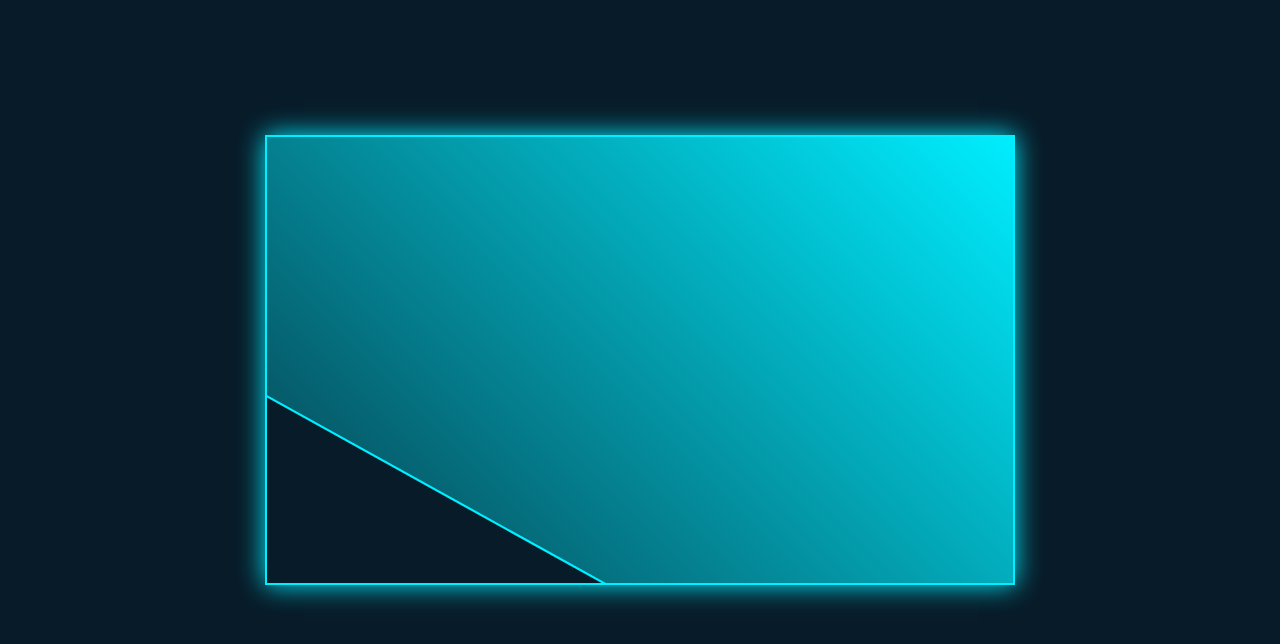
Repository: swastikjhacoder/Login-Registration-HTML
Page: index.html
The author's editor kept a copy of each file at every save. The page is drawn from the files as they stood at one save, then again after the next save.
The browser window is 1280 px wide. The pictures show the whole page.

Above is the page before, as saved 2023-09-18 15:54:14.
Not found: js/toastify.js

### index.html
<!DOCTYPE html>
<html lang="en">
  <head>
    <meta charset="UTF-8" />
    <meta http-equiv="X-UA-Compatible" content="IE=edge" />
    <meta name="viewport" content="width=device-width, initial-scale=1.0" />
    <title>Login</title>
    <link rel="shortcut icon" href="./images/favicon.png" />
    <link rel="stylesheet" href="style.css" />
    <link href='https://unpkg.com/boxicons@2.1.4/css/boxicons.min.css' rel='stylesheet'>
    <script src="./js/toastify.js"></script>
  </head>
  <body>
    <div class="wrapper">
        <span class="bg-animate1"></span>
        <span class="bg-animate2"></span>
        <div class="form-box login">
            <h2>Login</h2>
            <form action="#">
                <div class="input-box">
                    <input type="text" required/>
                    <label>Username</label>
                    <i class='bx bxs-user'></i>
                </div>
                <div class="input-box">
                    <input type="password" required/>
                    <label>Password</label>
                    <i class='bx bxs-lock-alt' ></i>
                </div>
                <button type="submit" class="btn">Login</button>
                <div class="logreg-link">
                    <p>Don't have an account? <a href="#" class="register-link">Sign Up</a></p>
                </div>
            </form>
        </div>
        <div class="info-text login">
            <h2>Welcome Back!</h2>
            <p>Lorem ipsum dolor sit amet consectetur adipisicing elit. Veritatis, itaque.</p>
        </div>
    </div>

  </body>
</html>

### style.css
@import url('https://fonts.googleapis.com/css2?family=Poppins:ital,wght@0,100;0,200;0,300;0,400;0,500;0,600;0,700;0,800;0,900;1,400&display=swap');

* {
    margin: 0;
    padding: 0;
    box-sizing: border-box;
    font-family: 'Poppins', sans-serif;
}

body {
    display: flex;
    justify-content: center;
    align-items: center;
    min-height: 100vh;
    background: #081b29;
}

.wrapper {
    position: relative;
    width: 750px;
    height: 450px;
    background: transparent;
    border: 2px solid #0ef;
    box-shadow: 0 0 25px #0ef;
    overflow: hidden;
}

.wrapper .form-box {
    position: absolute;
    top: 0;
    width: 50%;
    height: 100%;
    display: flex;
    flex-direction: column;
    justify-content: center;
}

.wrapper .form-box.login {
    left: 0;
    padding: 0 60px 0 40px;
    display: none;
}

.form-box h2 {
    font-size: 32px;
    color: #fff;
    text-align: center;
}

.form-box .input-box {
    position: relative;
    width: 100%;
    height: 50px;
    margin: 25px 0;
}

.input-box input {
    width: 100%;
    height: 100%;
    background: transparent;
    border: none;
    outline: none;
    border-bottom: 2px solid #fff;
    padding-right: 23px;
    font-size: 16px;
    color: #fff;
    font-weight: 500;
    transition: .5s;
}

.input-box input:focus,
.input-box input:valid {
    border-bottom-color: #0ef;
}

.input-box label {
    position: absolute;
    top: 50%;
    left: 0;
    transform: translateY(-50%);
    font-size: 16px;
    color: #fff;
    pointer-events: none;
    transition: .5s;
}

.input-box input:focus~label,
.input-box input:valid~label {
    top: -5px;
    color: #0ef
}

.input-box i {
    position: absolute;
    top: 50%;
    right: 0;
    transform: translateY(-50%);
    font-size: 18px;
    color: #fff;
    transition: .5s;
}

.input-box input:focus~i,
.input-box input:valid~i {
    color: #0ef
}

.btn {
    position: relative;
    width: 100%;
    height: 45px;
    background: transparent;
    border: 2px solid #0ef;
    outline: none;
    border-radius: 40px;
    cursor: pointer;
    font-size: 16px;
    color: #fff;
    font-weight: 600;
    z-index: 1;
    overflow: hidden;
}

.btn::before {
    content: '';
    position: absolute;
    top: -100%;
    left: 0;
    width: 100%;
    height: 300%;
    background: linear-gradient(#081b29, #0ef, #081b29, #0ef);
    z-index: -1;
    transition: .5s;
}

.btn:hover::before {
    top: 0;
}

.form-box .logreg-link {
    font-size: 14.5px;
    color: #fff;
    text-align: center;
    margin: 20px 0 10px;
}

.logreg-link p a {
    color: #0ef;
    text-decoration: none;
    font-weight: 600;
}

.logreg-link p a:hover {
    text-decoration: underline;
}

.wrapper .info-text {
    position: absolute;
    top: 0;
    width: 50%;
    height: 100%;
    display: flex;
    flex-direction: column;
    justify-content: center;
}

.wrapper .info-text.login {
    right: 0;
    text-align: right;
    padding: 0 40px 60px 150px;
    display: none;
}

.info-text h2 {
    font-size: 36px;
    color: #fff;
    line-height: 1.3;
    text-transform: uppercase;
}

.info-text p {
    font-size: 16px;
    color: #fff;
}

.wrapper .bg-animate1 {
    position: absolute;
    top: -4px;
    right: 0;
    width: 850px;
    height: 600px;
    background: linear-gradient(45deg, #081b29, #0ef);
    border-bottom: 3px solid #0ef;
    /* transform: rotate(10deg) skewY(40deg); */
    transform: rotate(0) skewY(0);
    transform-origin: bottom right;
}

.wrapper .bg-animate2 {
    position: absolute;
    top: 100%;
    right: 250px;
    width: 850px;
    height: 700px;
    background: #081b29;
    border-top: 3px solid #0ef;
    transform: rotate(-11deg) skewY(40deg);
    transform-origin: bottom right;
}

After the next save:
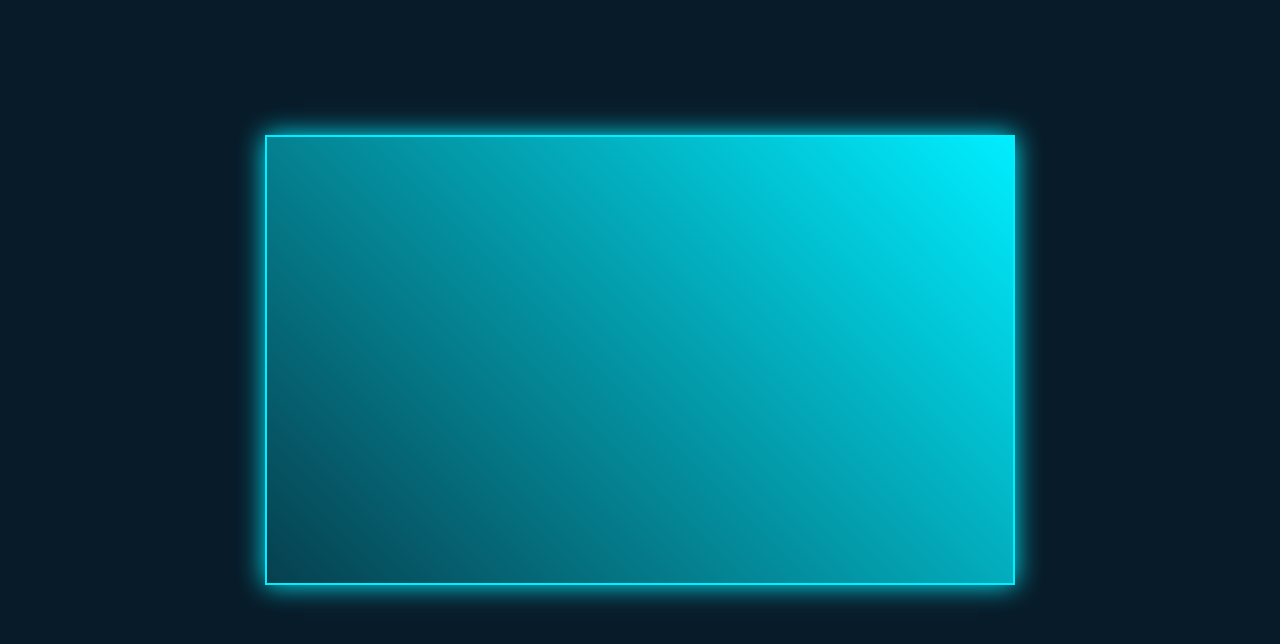
Saved 4 s later.
--- a/style.css
+++ b/style.css
@@ -204,6 +204,6 @@ body {
     height: 700px;
     background: #081b29;
     border-top: 3px solid #0ef;
-    transform: rotate(-11deg) skewY(40deg);
+    transform: rotate(-11deg) skewY(-40deg);
     transform-origin: bottom right;
 }
